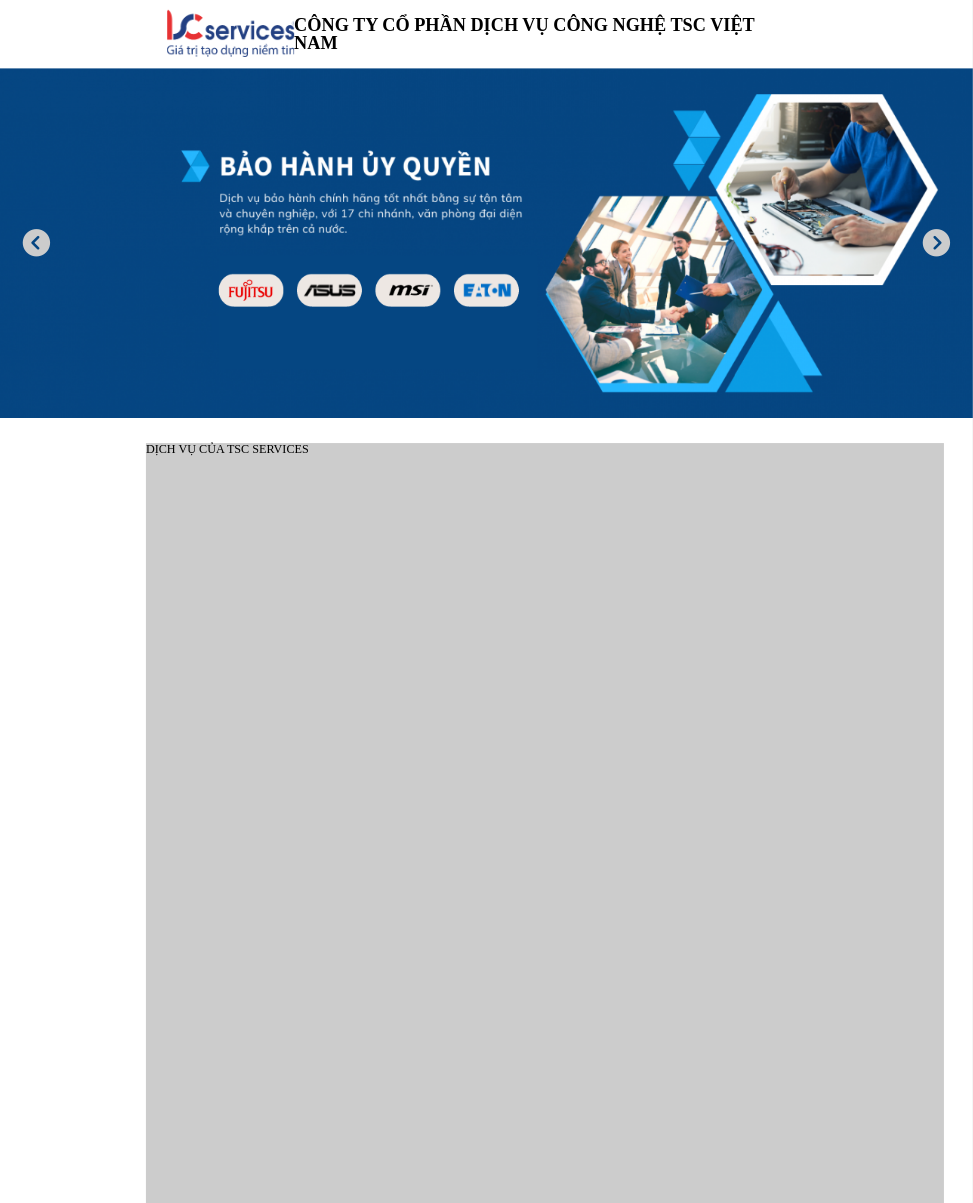
Repository: nguyentrongdai34/tsc-project
Page: index.html
An editor plug-in stored every save of this project. The page is shown before and after the next save, followed by the edit.
The browser window is 1280 px wide. The pictures show the whole page, at 76% of full size.

Above is the page before, as saved 2024-12-03 12:06:42.

After the next save:
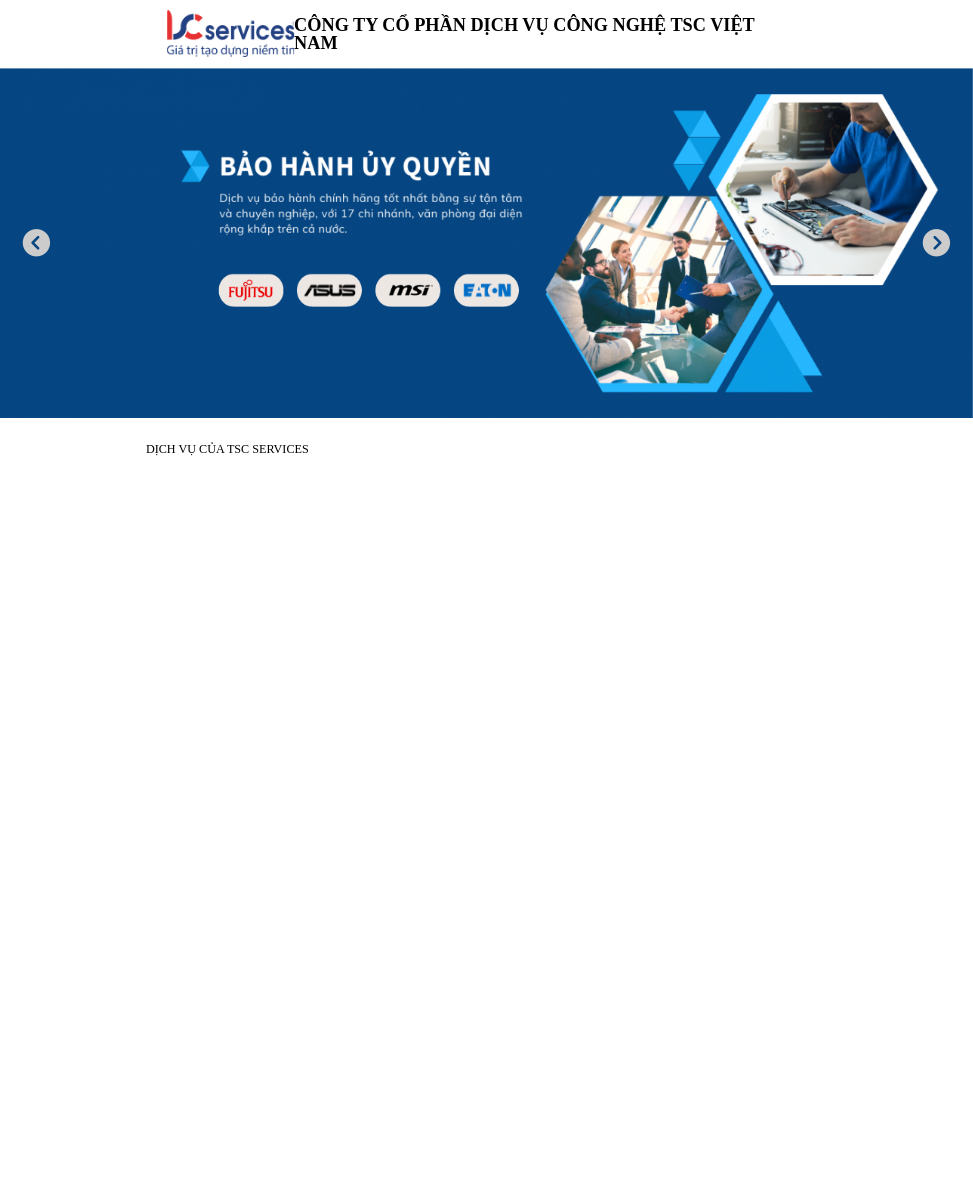
Saved 25 s later.
--- a/index.html
+++ b/index.html
@@ -55,7 +55,7 @@
     </div>
 
     <!-- Section -->
-    <div class="section" style="height: 1000px; background-color: #ccc">
+    <div class="section" style="height: 1000px">
       <div class="section-container">
         <h2 class="section-title">
           <b></b>
